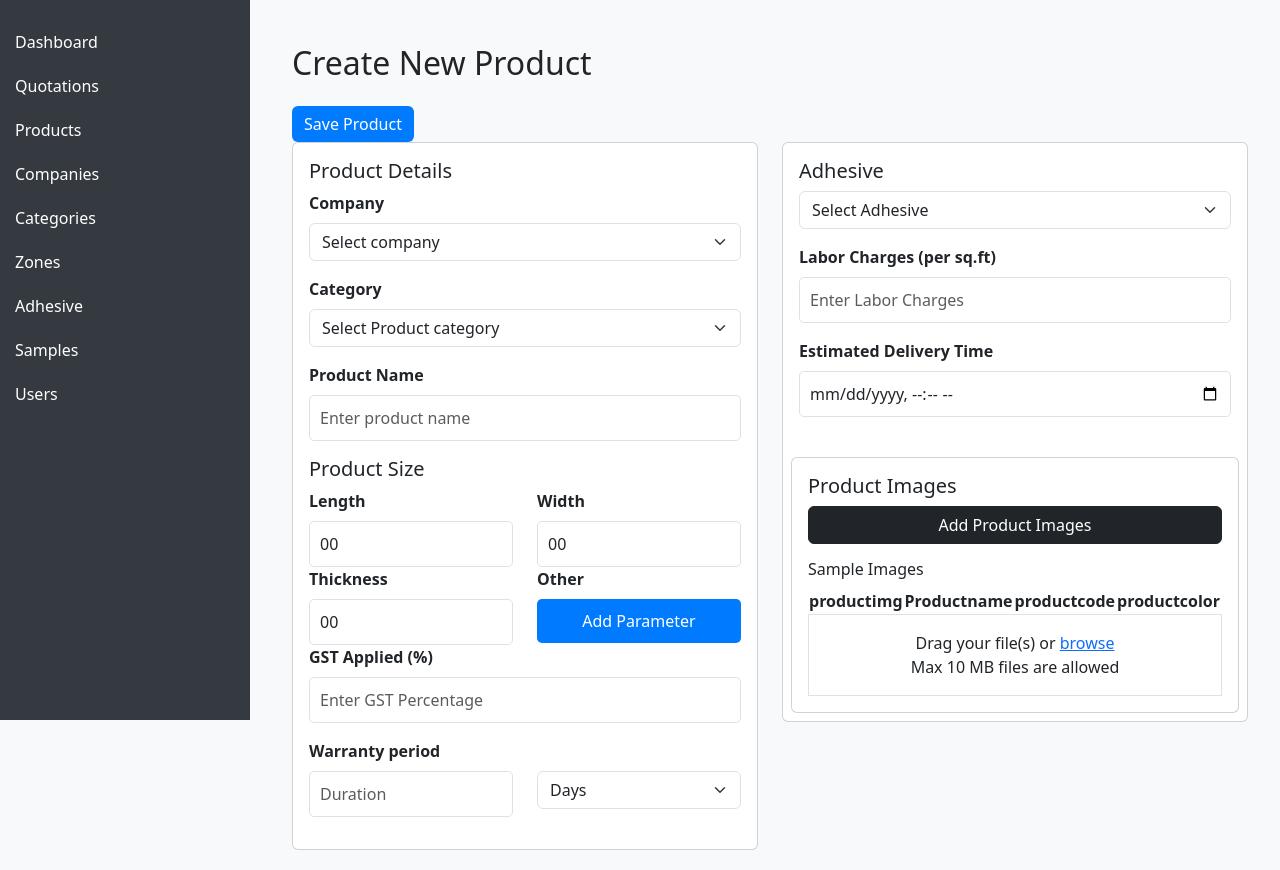
Repository: aniket-t-47/LivedDream
Page: http://localhost/products
These files come from the project's save history. The page is drawn as it stood at one moment and after the next save; the edit follows.
The browser window is 1280 px wide. The pictures show the whole page.
The page is served by the project's Laravel application, run on PHP 8.4 with Laravel 10. A made-up administrator, Test User (test@example.com), is signed in. Other server files are loaded and not shown. Queries for data that is not in the repository find no rows.

Above is the page before, as saved 2025-03-21 12:58:46.

### liveddream/routes/web.php
<?php

use App\Http\Controllers\ProfileController;
use App\Http\Controllers\ProductController;
use App\Http\Controllers\CompanyController;
use App\Http\Controllers\AdhesiveController;
use Illuminate\Support\Facades\Route;

/*
|--------------------------------------------------------------------------
| Web Routes
|--------------------------------------------------------------------------
|
| Here is where you can register web routes for your application. These
| routes are loaded by the RouteServiceProvider and all of them will
| be assigned to the "web" middleware group. Make something great!
|
*/

Route::get('/', function () {
    return view('welcome');
});

// Route::get('/dashboard', function () {
//     return view('dashboard');
// })->middleware(['auth', 'verified'])->name('dashboard');
Route::get('/products', [ProductController::class, 'create'])->name('product.create')->middleware(['auth', 'verified']);


Route::middleware('auth')->group(function () {
    Route::get('/profile', [ProfileController::class, 'edit'])->name('profile.edit');
    Route::patch('/profile', [ProfileController::class, 'update'])->name('profile.update');
    Route::delete('/profile', [ProfileController::class, 'destroy'])->name('profile.destroy');
    Route::get('/companies', [CompanyController::class, 'create'])->name('companies.create');
    Route::post('/companies', [CompanyController::class, 'store'])->name('companies.store');
    Route::get('/adhesive', [AdhesiveController::class, 'create'])->name('adhesive.create');
    Route::post('/adhesive', [AdhesiveController::class, 'store'])->name('adhesive.store');
Route::post('/products', [ProductController::class, 'store'])->name('products.store');

    // Route::resource('companies', CompanyController::class);

});

require __DIR__.'/auth.php';

### liveddream/app/Models/Company.php
<?php

namespace App\Models;

use Illuminate\Database\Eloquent\Factories\HasFactory;
use Illuminate\Database\Eloquent\Model;

class Company extends Model
{
    use HasFactory;
    protected $fillable = [
        'name', 'type', 'relation', 'product_category', 'zone',
        'address', 'gst', 'city', 'pincode','user_id'
    ];
    public function godowns()
    {
        return $this->hasMany(CompanyGodownDetail::class);
    }
}

### liveddream/app/Models/Category.php
<?php

namespace App\Models;

use Illuminate\Database\Eloquent\Factories\HasFactory;
use Illuminate\Database\Eloquent\Model;

class Category extends Model
{
    use HasFactory;
    protected $fillable = [
        'name',
        'user_id'];
}

### liveddream/app/Models/Adhesive.php
<?php

namespace App\Models;

use Illuminate\Database\Eloquent\Factories\HasFactory;
use Illuminate\Database\Eloquent\Model;

class Adhesive extends Model
{
    use HasFactory;
    protected $fillable = [
        'name',
        'company_id',
        'quantity',
        'purchase_cost',
        'selling_price',
        'user_id'
    ];
}

### liveddream/resources/views/products/create.blade.php
@extends('layouts.app')
@section('content')
    <div class="content">
        <h2 class="mb-4">Create New Product</h2>

        <form action="{{ route('products.store') }}" method="POST" enctype="multipart/form-data">
            @csrf
            <button class="btn btn-primary"type="submit" id="product">Save Product</button>
            <div class="row">
                <div class="col-md-6">

                    <div class="card">
                        <div class="m-3">
                            <h5>Product Details</h5>
                            <div class="mb-3">
                                <label class="form-label">Company</label>
                                <select name="company_id" class="form-select">
                                    <option>Select company</option>
                                    @foreach ($companies as $company)
                                        <option value="{{ $company->id }}">{{ $company->name }}</option>
                                    @endforeach

                                </select>
                            </div>
                            <div class="mb-3">
                                <label class="form-label">Category</label>
                                <select name="category_id" class="form-select">
                                    <option>Select Product category</option>
                                    @foreach ($categories as $category)
                                        <option value="{{ $category->id }}">{{ $category->name }}</option>
                                    @endforeach
                                </select>
                            </div>
                            <div class="mb-3">
                                <label class="form-label">Product Name</label>
                                <input type="text" name="name" class="form-control" placeholder="Enter product name">
                            </div>
                            <h5>Product Size</h5>
                            <div class="row" id="size-container">
                                <div class="col-md-6">
                                    <label class="form-label">Length</label>
                                    <input type="number" name="length[]" class="form-control" value="00">
                                </div>
                                <div class="col-md-6">
                                    <label class="form-label">Width</label>
                                    <input type="number" name="width[]" class="form-control" value="00">
                                </div>
                            </div>
                            <div class="row">
                                <div class="col-md-6">
                                    <label class="form-label">Thickness</label>
                                    <input type="number" name="thickness[]" class="form-control" value="00">
                                </div>
                                <div class="col-md-6">
                                    <label for="" class="form-label">Other</label>
                                    <button type="button" class="btn btn-primary form-control" id="add-size">Add Parameter</button>
                                </div>
                            </div>

                            <div class="mb-3">
                                <label class="form-label">GST Applied (%)</label>
                                <input type="text" name="gst" class="form-control"
                                    placeholder="Enter GST Percentage">
                            </div>
                            <div class="mb-3">
                                <label class="form-label">Warranty period</label>
                                <div class="row">
                                    <div class="col-md-6">
                                        <input type="number" name="warranty_duration" class="form-control" placeholder="Duration" required>
                                    </div>
                                    <div class="col-md-6">
                                        <select name="warranty_type" class="form-select" required>
                                            <option value="days">Days</option>
                                            <option value="months">Months</option>
                                            <option value="years">Years</option>
                                        </select>
                                    </div>




                                </div>

                            </div>
                            <!-- <button class="btn btn-primary">Save Product</button> -->
                        </div>
                    </div>
                </div>
                <div class="col-md-6">
                    <div class="card">
                        <div class="m-3">
                            <h5>Adhesive</h5>
                            <select name="adhesive_id" class="form-select mb-3">
                                <option>Select Adhesive</option>
                                @foreach ($adhesives as $adhesive)
                                    <option value="{{ $adhesive->id }}">{{ $adhesive->name }}</option>
                                @endforeach
                            </select>
                            <div class="mb-3">
                                <label class="form-label">Labor Charges (per sq.ft)</label>
                                <input type="text" name="labor_charges" class="form-control"
                                    placeholder="Enter Labor Charges">
                            </div>
                            <div class="mb-3">
                                <label class="form-label">Estimated Delivery Time</label>
                                <input type="datetime-local" name="estimated_delivery_time" class="form-control"
                                    placeholder="Enter estimated delivery time">
                            </div>
                            {{-- <button class="btn btn-primary">Save</button> --}}
                        </div>
                        <div class="card m-2">
                            <div class="m-3">
                                <h5>Product Images</h5>
                                <button class="btn btn-dark w-100 mb-3"  data-bs-toggle="modal" data-bs-target="#addproduct">Add Product Images</button>

                                <div class="modal fade" id="addproduct" tabindex="-1" aria-labelledby="exampleModalLabel" aria-hidden="true">
                                    <div class="modal-dialog">
                                        <div class="modal-content">
                                            <div class="modal-header">
                                                <h1 class="modal-title fs-5" id="exampleModalLabel">Product Details</h1>
                                                <button type="button" class="btn-close" data-bs-dismiss="modal" aria-label="Close"></button>
                                            </div>
                                            <div class="modal-body" >
                                                <form>
                                                    <div style="display:flex;flex-direction:row;gap:5%;width:100% ;">
                                                        <div class="column" >
                                                            <div class="mb-3">
                                                                <label class="form-label">Select Image</label>
                                                                <div class="border p-3 text-center" style="border-style: dashed;">
                                                                    <input type="file" class="form-control" id="productImage" accept="image/*" hidden>
                                                                    <label for="productImage" class="d-block">📤 Drag your file(s) or <a href="#">browse</a></label>
                                                                    <small class="text-muted">Max 10 MB files are allowed</small>
                                                                </div>
                                                            </div>
                                                            <div class="mb-3" >
                                                                <label for="pdfName" class="form-label">PDF Name</label>
                                                                <input type="text" class="form-control" id="pdfName" placeholder="Enter PDF Name">
                                                            </div>
                                                            <div class="mb-3">
                                                                <label for="productCode" class="form-label">Product Code</label>
                                                                <input type="text" class="form-control" id="productCode" placeholder="Enter product code">
                                                            </div>
                                                            <div class="mb-3">
                                                                <label for="productColor" class="form-label">Product Color</label>
                                                                <input type="text" class="form-control" id="productColor" placeholder="Enter Color">
                                                            </div>
                                                        </div>
                                                        <div class="column">
                                                            <div class="row">
                                                                <div class="col-md-6" style="display:flex;flex-direction:column">
                                                                    <label for="purchaseCost" class="form-label">Purchase cost*</label>
                                                                    <input type="number" class="form-control" id="purchaseCost" placeholder="₹ 00" required>
                                                                </div>
                                                                <div class="col-md-6" style="display:flex;flex-direction:column">
                                                                    <label for="sellingPrice" class="form-label">Selling price*</label>
                                                                    <input type="number" class="form-control" id="sellingPrice" placeholder="₹ 00" required>
                                                                </div>
                                                            </div>
                                                            <div class="mb-3">
                                                                <label for="discountPrice" class="form-label">Discount price</label>
                                                                <input type="number" class="form-control" id="discountPrice" placeholder="₹ 00">
                                                            </div>
                                                            <div class="form-check">

                                                                <label class="form-check-label" for="stockAvailable">Stock Available</label>
                                                                <input class="form-check-input" type="checkbox" id="stockAvailable" checked>
                                                            </div>
                                                            <div class="modal-footer">

                                                                    <button type="button" class="btn btn-primary">Save</button>
                                                            </div>
                                                        </div>
                                                    </div>
                                                </form>
                                            </div>
                                            <!-- <div class="modal-footer">

                                                <button type="button" class="btn btn-primary">Save</button>
                                            </div> -->
                                        </div>
                                    </div>
                                </div>

                                <h6>Sample Images</h6>


                                <table>
                                    <th>productimg</th>
                                    <th>Productname</th>
                                    <th>productcode</th>
                                    <th>productcolor</th>
                                </table>
                                <div class="border p-3 text-center" style="border-style: dashed;">
                                    Drag your file(s) or <a href="#">browse</a>
                                    <br>
                                    Max 10 MB files are allowed
                                </div>
                            </div>
                        </div>
                    </div>
                </div>
            </div>

        </form>
    </div>
    <script>
       document.addEventListener("DOMContentLoaded", function () {
    let addButton = document.getElementById("add-size");
    let container = document.getElementById("size-container");

    if (addButton && container) {
        addButton.addEventListener("click", function () {
            let newRow = document.createElement("div");
            newRow.classList.add("row", "mt-2");

            newRow.innerHTML = `
                <div class="col-md-6">
                    <label class="form-label">Parameter Name</label>
                    <input type="text" name="custom_keys[]" class="form-control" placeholder="Enter parameter (e.g., Height)">
                </div>
                <div class="col-md-6">
                    <label class="form-label">Value</label>
                    <input type="number" name="custom_values[]" class="form-control" value="00">
                </div>
            `;

            container.appendChild(newRow);
        });
    } else {
        console.error("Element not found: Ensure 'add-size' button and 'size-container' exist.");
    }
});

        </script>
@endsection

### liveddream/resources/views/layouts/app.blade.php
<!DOCTYPE html>
<html lang="en">
<head>
    <meta charset="UTF-8">
    <meta name="viewport" content="width=device-width, initial-scale=1">
    <title>@yield('title', 'Lived dream')</title>

    <!-- Bootstrap CSS -->
    <link href="https://cdn.jsdelivr.net/npm/bootstrap@5.3.0/dist/css/bootstrap.min.css" rel="stylesheet">
     <!-- <link rel="stylesheet" href="resources/css/product.css"> -->
     <link rel="stylesheet" href="{{ asset('css/product.css') }}">


    <style>
        /* Custom Styles */
        body {
            background-color: #f8f9fa;
        }
        .sidebar {
            width: 250px;
            background: #343a40;
            color: #fff;
            height: 100vh;
            position: fixed;
            top: 0;
            left: 0;
            padding-top: 20px;
        }
        .sidebar a {
            color: #fff;
            text-decoration: none;
            padding: 10px 15px;
            display: block;
        }
        .sidebar a:hover {
            background: #495057;
        }
        .main-content {
            margin-left: 260px;
            padding: 20px;
        }
        .navbar {
            background: #007bff;
        }
    </style>
</head>
<body>

    <!-- Sidebar -->
    <div class="sidebar">
        <a href="#"><i class="fa-solid fa-th"></i> Dashboard</a>
    <a href="#"><i class="fa-light fa-memo"></i> Quotations</a>
    <a href="/products">Products</a>
    <a href="/companies">Companies</a>
    <a href="#">Categories</a>
    <a href="#">Zones</a>
    <a href="/adhesive">Adhesive</a>
    <a href="#">Samples</a>
    <a href="#">Users</a>
    </div>

    <!-- Main Content -->
    <div class="main-content">
        <!-- Navigation Bar -->
        {{-- <nav class="navbar navbar-expand-lg navbar-dark">
            <div class="container-fluid">
                <a class="navbar-brand" href="#">Company Management</a>
            </div>
        </nav> --}}

        <!-- Dynamic Content Section -->
        <div class="container mt-4">
            @yield('content')
        </div>
    </div>

    <!-- Bootstrap JS -->
    <script src="https://cdn.jsdelivr.net/npm/bootstrap@5.3.0/dist/js/bootstrap.bundle.min.js"></script>

</body>
</html>

### liveddream/public/css/product.css
.column{
    width:50%;
    gap:5%;
    height:70%;
}
.modal-content {
    padding: 20px;
    /* border-radius: 10px; */
    border:3px solid rgb(215, 202, 202);
}

.form-check{
    display: flex;
    flex-direction: row;
    justify-content: space-between;

}
.form-label {
    font-weight: bold;
}
.form-control {
    border-radius: 5px;
    padding: 10px;
}
/* .border {
    cursor: pointer;
    background-color: #f8f9fa;
    border-radius: 5px;
} */
.btn-primary {
    background-color: #007bff;
    border: none;

}
.btn-primary:hover {
    background-color: #0056b3;
}
.modal-footer {
    display: flex;
    justify-content: center;
}
.modal-footer button {
    width: 50%;
}

Loaded but not shown: liveddream/routes/auth.php (common file); liveddream/app/Http/Controllers/Auth/EmailVerificationPromptController.php (common file); liveddream/app/Http/Controllers/Controller.php (common file); liveddream/app/Http/Controllers/Auth/VerifyEmailController.php (common file); liveddream/app/Models/User.php (common file); liveddream/app/Http/Controllers/ProductController.php (159 lines, source omitted)

After the next save:
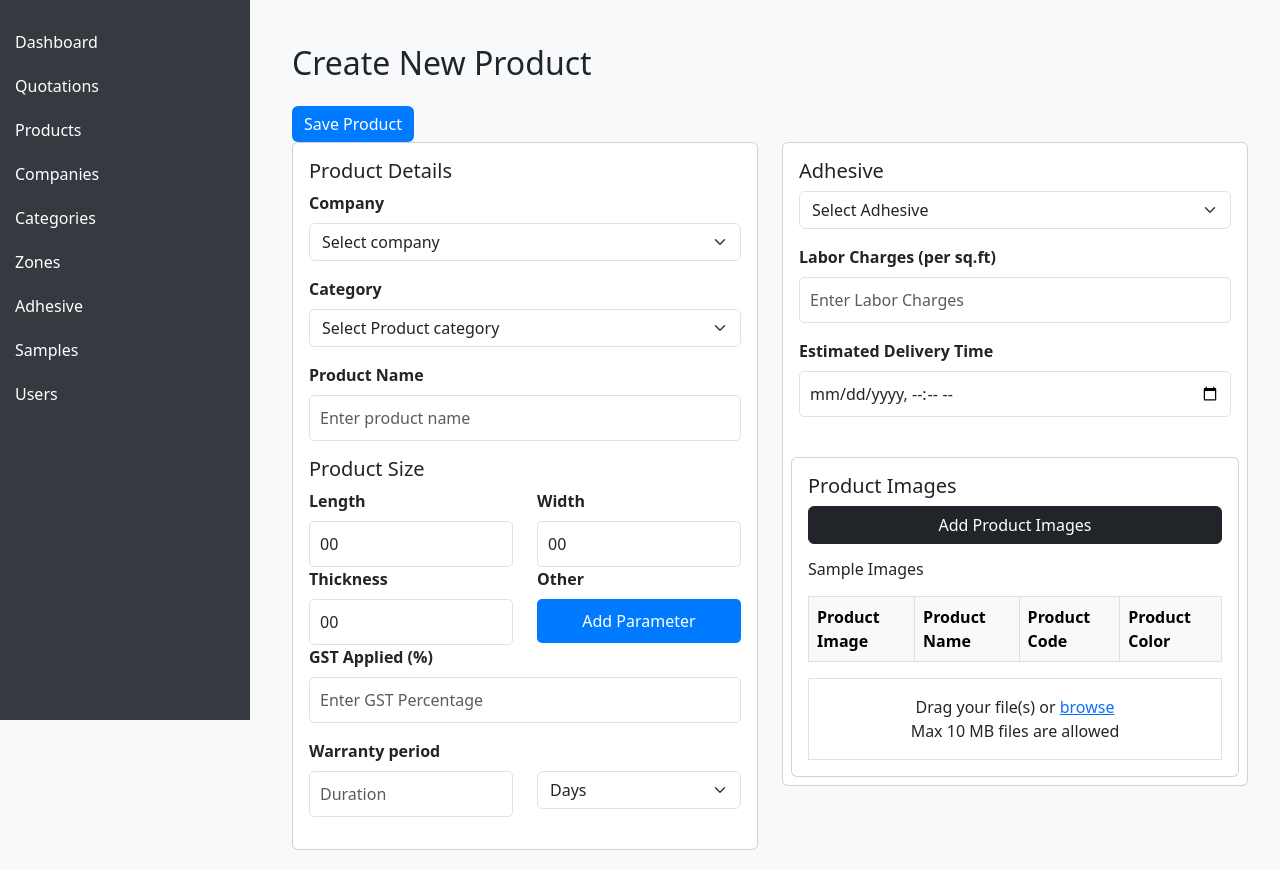
Saved 69 s later.
--- a/liveddream/resources/views/products/create.blade.php
+++ b/liveddream/resources/views/products/create.blade.php
@@ -184,12 +184,20 @@
                                 <h6>Sample Images</h6>
 
 
-                                <table>
-                                    <th>productimg</th>
-                                    <th>Productname</th>
-                                    <th>productcode</th>
-                                    <th>productcolor</th>
-                                </table>
+                                <table class="table table-bordered mt-3">
+    <thead class="table-light">
+        <tr>
+            <th>Product Image</th>
+            <th>Product Name</th>
+            <th>Product Code</th>
+            <th>Product Color</th>
+        </tr>
+    </thead>
+    <tbody>
+        <!-- Product rows will go here -->
+    </tbody>
+</table>
+
                                 <div class="border p-3 text-center" style="border-style: dashed;">
                                     Drag your file(s) or <a href="#">browse</a>
                                     <br>
